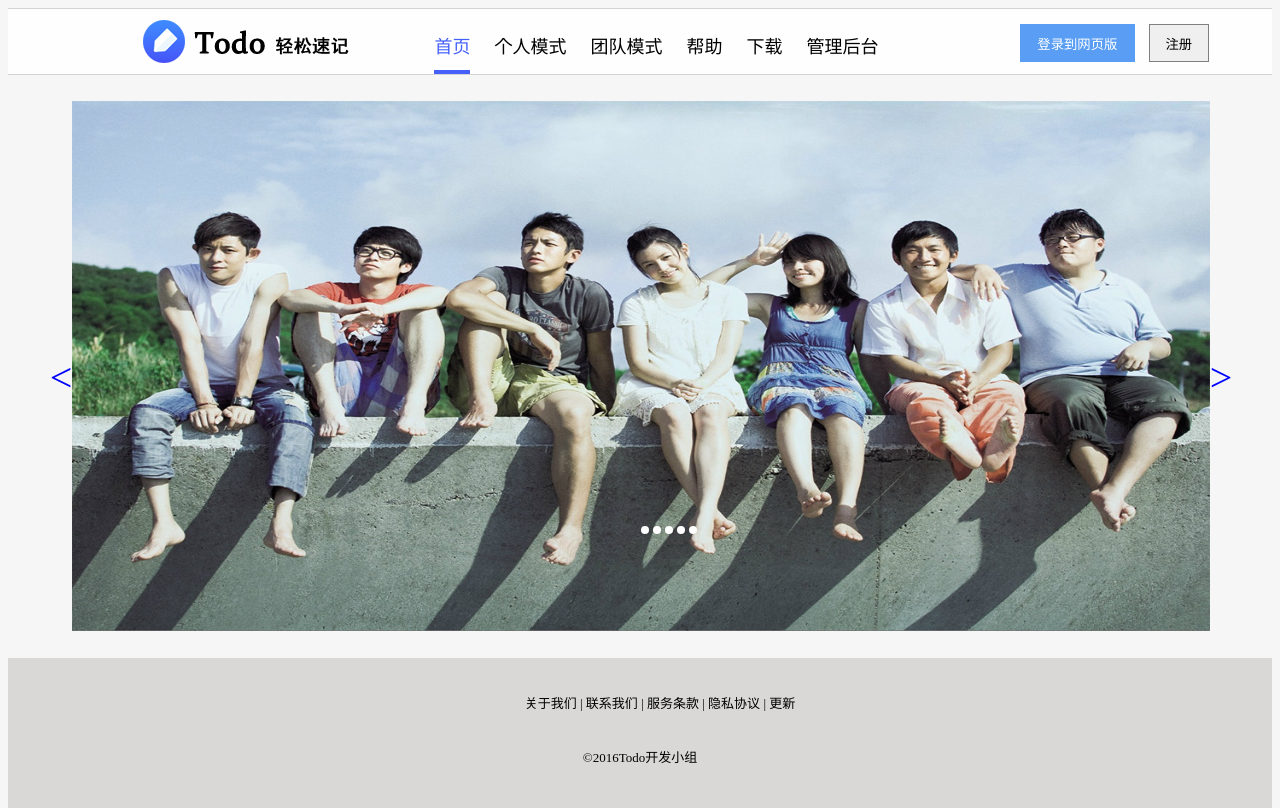
Repository: lengchang/Todo
Page: http://localhost/Todoweb/index.jsp
These files come from the project's save history. The page is drawn as it stood at one moment and after the next save; the edit follows.
The browser window is 1280 px wide. The pictures show the whole page.
The page is served by Tomcat 9. Other server files are loaded and not shown. The template is opened directly, without the code that normally fills it, so the values that code supplies are empty.

Above is the page before, as saved 2016-12-13 15:51:10.

### Todoweb/WebContent/index.jsp
<%@ page language="java" contentType="text/html; charset=UTF-8"
	pageEncoding="UTF-8"%>
<%@ taglib prefix="s" uri="/struts-tags"%>
<HTML !DOCTYPE>
<head>
<meta charset="utf-8">
<title>Todo|多彩生活，简单记录...</title>
<link rel="stylesheet" type="text/css" href="./css/index.css" />
<script src="./js/jquery-3.1.1.js"></script>
</head>
<body>
	<header>
		<s:include value="./Master/nav.jsp" />
	</header>
	<article>
		<div id="img_show_container">
			<div id="show_img">
				<img src="./img/test1.png" id="first_img" class="img"> <img
					src="./img/test2.png" id="second_img" class="img"> <img
					src="./img/test3.png" id="third_img" class="img"> <img
					src="./img/test4.png" id="forth_img" class="img"> <img
					src="./img/test5.png" id="fifth_img" class="img">
			</div>
		</div>
		<div id="radio_button">
			<div id="first_circle"></div>
			<div id="second_circle"></div>
			<div id="third_circle"></div>
			<div id="forth_circle"></div>
			<div id="fifth_circle"></div>
		</div>
		<div id="back_head">
			<span id="back">&lt</span>
			<sapn id="head">&gt</span>
		</div>
	</article>
	<footer>
		<s:include value="./Master/footer.jsp" />
	</footer>
	<script src="./js/index.js"></script>
</body>
</HTML>

### Todoweb/WebContent/Master/nav.jsp
<%@ page pageEncoding="UTF-8"%>
<%@ taglib prefix="s" uri="/struts-tags"%>
<div id="top_logo">
	<a href="/Todoweb/index.jsp"> <img src="./img/logo.png">
	</a>
</div>
<nav id="top_nav">
	<ul>
		<a href="/Todoweb/index.jsp" id="index_firstpage"><li id="ul_index">首页</li></a>
		<a href="self_mode_use.html" id="self_mode"><li>个人模式</li></a>
		<a href="team_mode_use.html" id="team_mode"><li>团队模式</li></a>
		<a href="help.html" id="help"><li>帮助</li></a>
		<a href="download.html" id="download"><li>下载</li></a>
		<a href="/Todoweb/WEB-INF/root/admin.jsp"><li>管理后台</li></a>
	</ul>
</nav>
<div id="top_button">
	<s:if test="#session['username']!=null">
		<a href="/Todoweb/acessUserinfo.action">${session.username}</a>
		<a href="/Todoweb/logout.action">logout</a>
	</s:if>
	<s:if test="#session['username']==null">
		<a href="/Todoweb/login.jsp"><button id="button_login">登录到网页版</button></a>
		<a href="/Todoweb/register.jsp"><button id="button_regist">注册</button></a>
	</s:if>
</div>

### Todoweb/WebContent/Master/footer.jsp
<%@ page pageEncoding="UTF-8"%>
<div class="about" id="about_us">
	<ul>
		<a href="about_us.html"><li class="no_last">关于我们</li></a>
		<a href="email.html"><li class="no_last">联系我们</li></a>
		<a href="serve.html"><li class="no_last">服务条款</li></a>
		<a href="serect.html"><li class="no_last">隐私协议</li></a>
		<a href="update.html"><li class="no_">更新</li></a>
	</ul>
</div>
<div class="about" id="about_team">©2016Todo开发小组</div>

### Todoweb/WebContent/css/index.css
body{
    background: #F6F6F6;
}
header{
    width:100%;
    height:65px;
    border-top: solid lightgray 1px;
    border-bottom: solid lightgray  1px;
    background: #FEFEFE;
}
article{
    width: 100%;;
    float: left;
    margin: 1px;
    position: relative;
}

footer{
    width: 100%;
    height: 150px;
    background: #D9D8D7;
    float:left;
    margin-top:2%;
}

#top_logo{
    margin-left: 10%;
    float: left;
    margin-top:10px;
}

nav ul a:hover{
    color: #4560FA;
}

#top_nav{
    height:45px;
    float: left;
}

#top_button{
	height:45px;
	float:right;
	margin-right: 5%;
    margin-top:15px;
}

#top_button button{
    height: 38px;
}

#about_us ul li{
	display: inline-block;
    list-style: none;
}

nav ul li{
    margin-left: 20px;
    margin-top:7px;
    font-size: 18px;
    display: inline-block;
    list-style: none;
    height:38px;
}

nav ul li:hover{
    border-bottom: solid #4560FA 4px;
}

a{
    text-decoration-line: none;
    color: #000000;
}

a::visited{
    color: #4560FA;
}

#button_login {
    width:115px;
    background: #599EF4;
    border:solid #599EF4 1px;
    color: white;
}

#button_login:hover{
    background: rgba(68,87,247,0.8);
    border:solid blue 1px;
    color: white;
}

#button_regist{
    width:60px;
    margin-left: 10px;
    border:solid gray 1px;
    color: #000000;
}
#button_regist:hover{
    background: rgba(254,254,254,0.7);
    border:solid gray 1px;
    color: #000000;
}
.about{
    text-align: center;
    margin-top:35px;
    font-size:13px;
}
#about_us ul li.no_last::after{
    content: " | ";
}

#index_firstpage{
    color: #4560FA;
}

#ul_index{
    border-bottom: solid #4560FA 4px;
}

.about ul a:hover{
    color: blue;
}

#radio_button{
    width: 300px;
    float: left;
    position: absolute;
    top:80%;
    left: 50%;
    z-index: 3;
}

#img_show_container{
    width: 90%;
    height:530px;
    overflow: hidden;
    position:relative;
    left:5%;
    margin-top:2%;
}

#show_img{
    position: relative;
    width: 100%;
    height: 530px;
}

#show_img [id$=img]{
    position: absolute;
    top:0px;
    width: 100%;
    height: 530px;
}

#first_img{
    left: 0%;
}
#second_img{
     left: 110%;
}
#third_img{
    left: 220%;
}
#forth_img{
    left: 330%;
}
#fifth_img{
    left: 440%;

}
#back_head{
    position: absolute;
    font-size: 40px;
    color: blue;
    top: 50%;
    width:100%;
}
#head{
    position: absolute;
    left: 95%;
}
#back{
	position: absolute;
	right:95%;
}
#back,#head,#radio_button div{
    cursor: pointer;
}
#back:hover,#head:hover{
    opacity: 0.8;
}
#radio_button div{
    display: inline-block;
    background: white;
    width:8px;
    height:8px;
    border-radius: 8px;
}
#radio_button div:hover{
    background: #4560FA;
}

### Todoweb/WebContent/js/index.js
$(document).ready(function () {
  var currentIndex = 0
  var imgLength = $('.img').length
  // 自动轮播效果的实现
  // 定义计时器
  var autoChange = setInterval(function () {
    currentIndex = currentIndex < imgLength - 1 ? currentIndex + 1 : 0
    changeTo(currentIndex)
  }, 6000)
  // 选中圆点效果实现
  $('#radio_button').find('div').each(function (item) {
    $(this).click(function () {
      clearInterval(autoChange)
      changeTo(item)
      currentIndex = item
      autoChangeAgain()

    })
  })
  // 重置计时器
  function autoChangeAgain () {
    autoChange = setInterval(function () {
      currentIndex = currentIndex < imgLength - 1 ? currentIndex + 1 : 0
      changeTo(currentIndex)
    }, 6000)
  }
  // 鼠标放到左箭头
  $('#back').hover(function () {
    clearInterval(autoChange)
  }, function () {
    autoChangeAgain()
  })
  // 鼠标放到右箭头
  $('#head').hover(function () {
    clearInterval(autoChange)
  }, function () {
    autoChangeAgain()
  })
  // 左箭头点击处理
  $('#back').click(function () {
    currentIndex = (currentIndex > 0) ? (--currentIndex) : (imgLength - 1)
    changeTo(currentIndex)
  })
  // 右箭头点击处理
  $('#head').click(function () {
    currentIndex = (currentIndex < imgLength - 1) ? (++currentIndex) : 0
    changeTo(currentIndex)
  })
})
function changeTo (num) {
  var gotoLeft = num * 1333
  $('#show_img').animate({ left: '-' + gotoLeft + 'px' }, 'fast')
}

Loaded but not shown: Todoweb/WebContent/js/jquery-3.1.1.js (library)

After the next save:
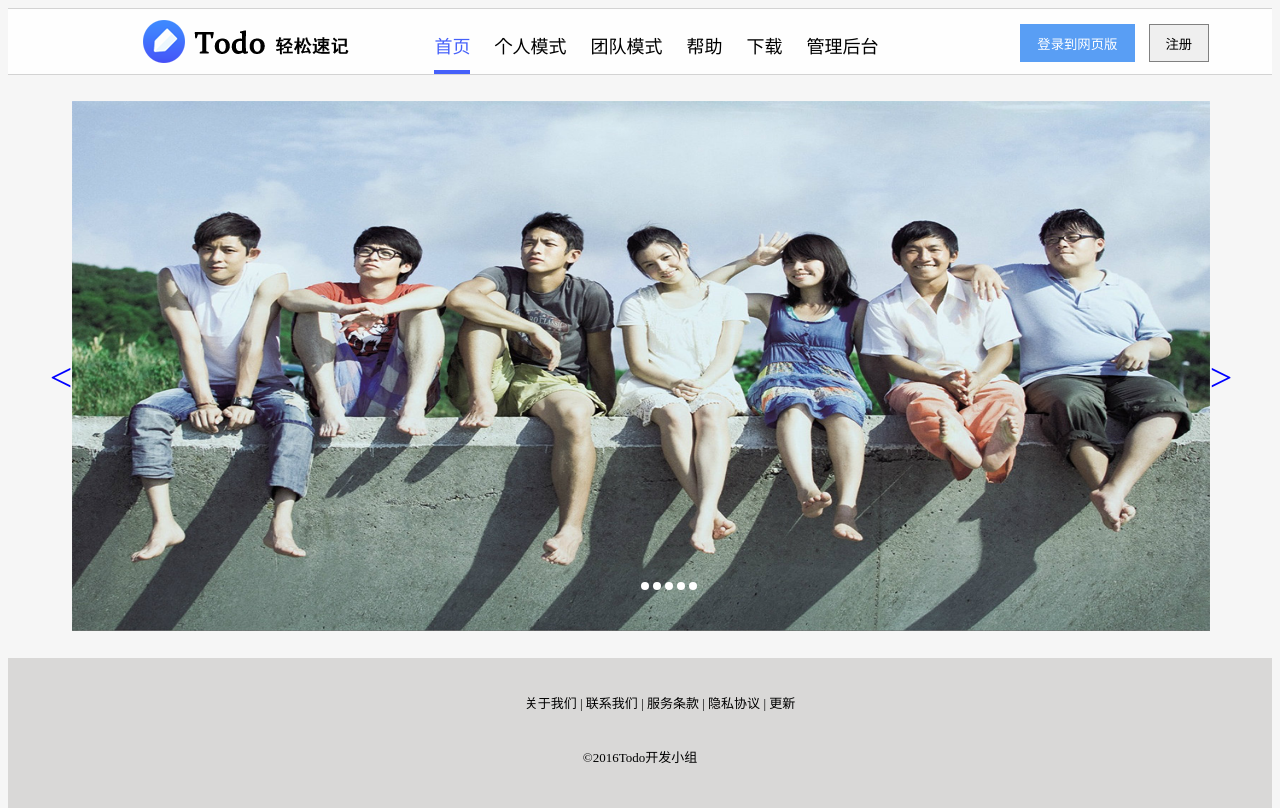
Saved 6 s later.
--- a/Todoweb/WebContent/css/index.css
+++ b/Todoweb/WebContent/css/index.css
@@ -125,7 +125,7 @@ a::visited{
     width: 300px;
     float: left;
     position: absolute;
-    top:80%;
+    top:90%;
     left: 50%;
     z-index: 3;
 }
